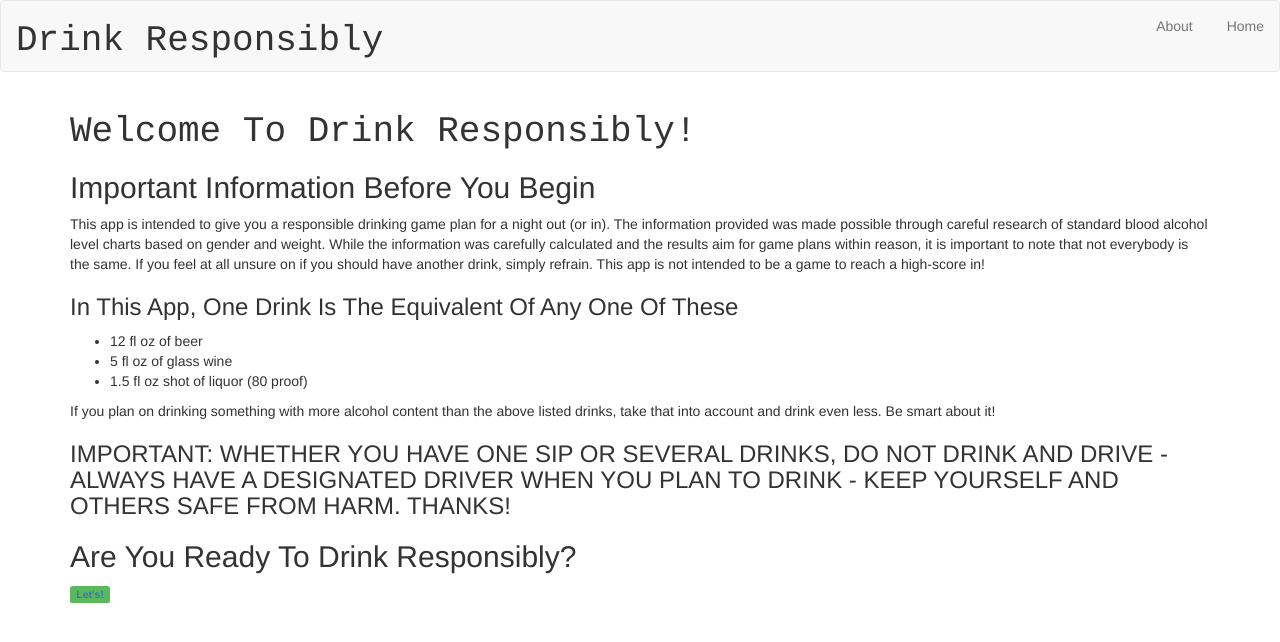
Repository: NatNat180/DrinkResponsibly
Page: http://localhost/DrinkResponsibly/
The author's editor kept a copy of each file at every save. The page is drawn from the files as they stood at one save, then again after the next save.
The browser window is 1280 px wide. The pictures show the whole page.
The page is served by Tomcat 9. Other server files are loaded and not shown.

Above is the page before, as saved 2016-04-07 14:58:28.

### DrinkResponsibly/WebContent/WEB-INF/about.jsp
<%@ page language="java" contentType="text/html; charset=UTF-8"
    pageEncoding="ISO-8859-1"%>
<%@ taglib prefix="c" uri="http://java.sun.com/jsp/jstl/core" %>
<!DOCTYPE html>
<html lang="eng">
<head>
<meta http-equiv="Content-Type" content="text/html; charset=UTF-8">
<link rel="stylesheet" type="text/css" href="bootstrap/css/bootstrap.css"/>
<link rel="stylesheet" type="text/css" href="css/style.css"/>
<title>What Is Drink Responsibly?</title>
</head>
<body>
<c:import url="/WEB-INF/navigation.html"/>
<section class="container">
<h1>Welcome To Drink Responsibly!</h1>
<h2>Important Information Before You Begin</h2>
	<p>This app is intended to give you a responsible drinking game plan for a night out
	(or in). The information provided was made possible through careful research of
	standard blood alcohol level charts based on gender and weight. While the
	information was carefully calculated and the results aim for game plans
	within reason, it is important to note that not everybody is the same.
	If you feel at all unsure on if you should have another drink, simply refrain.
	This app is not intended to be a game to reach a high-score in!</p>
	<h3>In This App, One Drink Is The Equivalent Of Any One Of These</h3>
		<ul>
			<li>12 fl oz of beer</li>
			<li>5 fl oz of glass wine</li>
			<li>1.5 fl oz shot of liquor (80 proof)</li>
		</ul>
	<p>If you plan on drinking something with more alcohol content than the above
	listed drinks, take that into account and drink even less. Be smart about it!</p>
	<h3>IMPORTANT: WHETHER YOU HAVE ONE SIP OR SEVERAL DRINKS, DO NOT DRINK AND DRIVE - ALWAYS HAVE A DESIGNATED DRIVER WHEN YOU PLAN TO DRINK -
	KEEP YOURSELF AND OTHERS SAFE FROM HARM. THANKS!</h3>
<h2>Are You Ready To Drink Responsibly?</h2>
	<h3 class="label label-success"><a href="form">Let's!</a></h3>
</section>
</body>
</html>

### DrinkResponsibly/WebContent/WEB-INF/navigation.html
<nav class="navbar navbar-default" role="navigation">
	<div class="container-fluid">
		<div class="navbar-header">
		  <h1  class="nav-title">Drink Responsibly</h1>
		</div>
		<ul class="nav navbar-nav navbar-right">
			<li id="right"><a href="">&nbsp;About</a>
			<li id="right"><a href="form">&nbsp;Home</a>
		</ul>
	</div>
	</nav>
	<!--<nav class="nav-tabs" role="navigation">
	<h1  class="nav-title">Drink Responsibly</h1>
		<ul class="nav navbar-nav navbar-right">
			<li id="right"><a href="">&nbsp;About</a>
			<li id="right"><a href="form">&nbsp;Home</a>
		</ul>
	</nav>-->

### DrinkResponsibly/src/com/application/Home.java
package com.application;

import java.io.IOException;
import javax.servlet.ServletException;
import javax.servlet.annotation.WebServlet;
import javax.servlet.http.HttpServlet;
import javax.servlet.http.HttpServletRequest;
import javax.servlet.http.HttpServletResponse;

@WebServlet("")
public class Home extends HttpServlet {
	private static final long serialVersionUID = 1L;

    public Home() {
        super();

    }

	protected void doPost(HttpServletRequest request, HttpServletResponse response) throws ServletException, IOException {

		doGet(request, response);
	}

	protected void doGet(HttpServletRequest request, HttpServletResponse response) throws ServletException, IOException {

			request.getServletContext().getRequestDispatcher("/WEB-INF/about.jsp").forward(request, response);

	}

}

### DrinkResponsibly/WebContent/css/style.css
h1 {

	font-family: courier;
}

Loaded but not shown: DrinkResponsibly/WebContent/bootstrap/css/bootstrap.css (library)

After the next save:
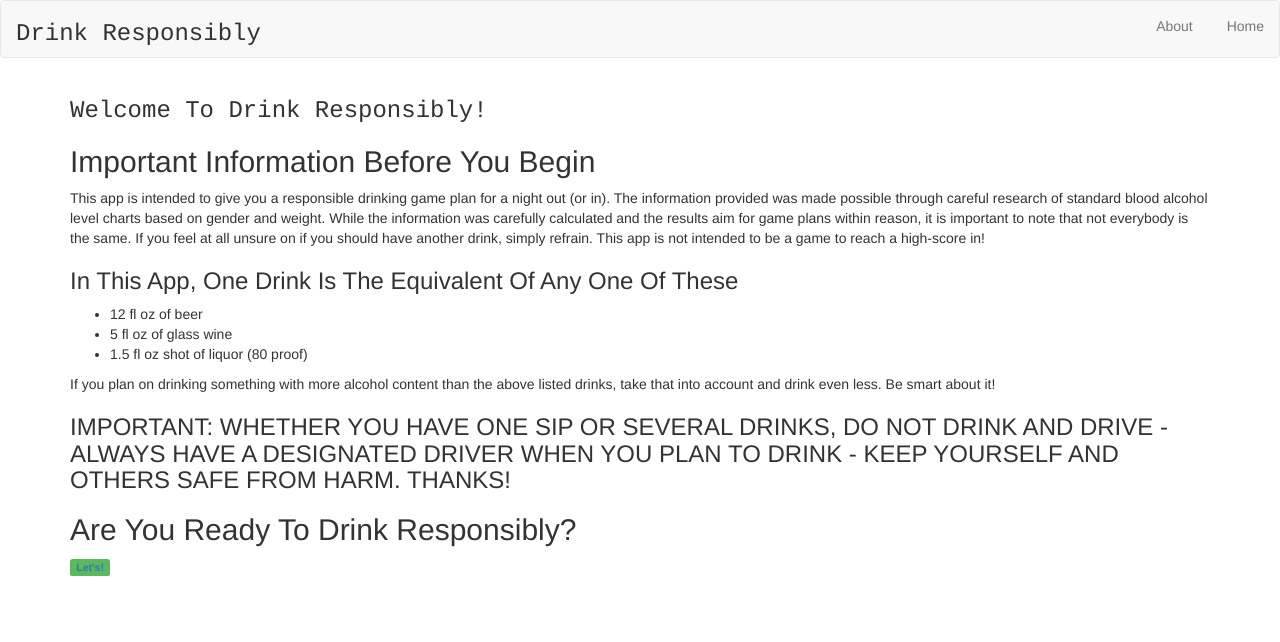
Saved 12 s later.
--- a/DrinkResponsibly/WebContent/css/style.css
+++ b/DrinkResponsibly/WebContent/css/style.css
@@ -1,4 +1,5 @@
 h1 {
 
 	font-family: courier;
+	font-size: 24px;
 }
